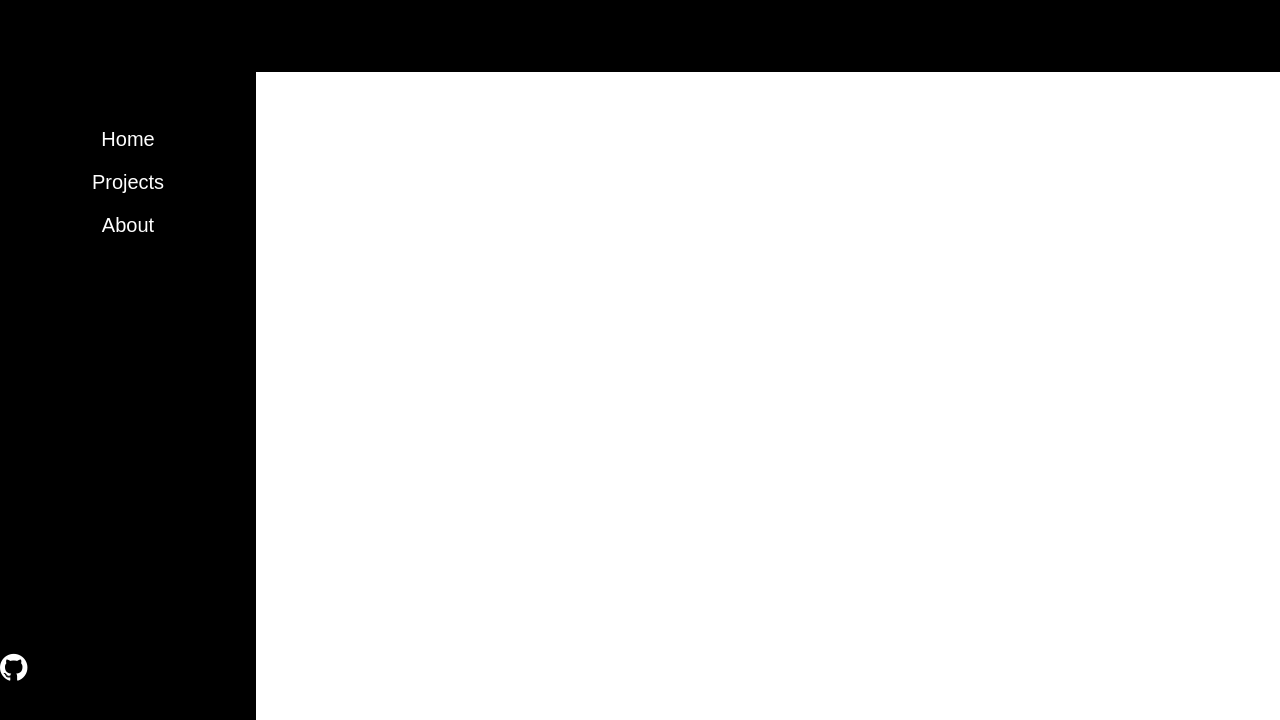
Repository: josephinel6/josephinel6.github.io
Page: index.html
The author's editor kept a copy of each file at every save. The page is drawn from the files as they stood at one save, then again after the next save.
The browser window is 1280 px wide. The pictures show the whole page.

Above is the page before, as saved 2023-04-04 10:59:56.

### index.html
<!DOCTYPE html>
<html>

<head>
    <style>
        :root.light {
            --color-bg: white;
            --color-menu-text: black;
        }

        :root.dark {
            --color-bg: black;
            --color-menu-text: white;
        }

        /* :root {
            --color-bg: black;
        } */

        html,
        body {
            height: 100%;
            width: 100%;
            margin: 0;
            position: relative;
            /* border-color: blue;
            border-radius: 10px;
            border-style: solid; */
            padding: 0;
        }

        #menu {
            height: 100%;
            width: 20%;
            position: absolute;
            z-index: 1;
            top: 0;
            bottom: 0;
            background-color: var(--color-bg);
        }

        #topbar {
            width: 100%;
            height: 10%;
            background-color: var(--color-bg);
            position: absolute;
        }

        .menutext {
            color: var(--color-menu-text);
            font-family: sans-serif;
            font-size: 20px;
        }

        .fa-github {
            color: var(--color-menu-text);
        }
    </style>
    <link rel="stylesheet" href="https://cdnjs.cloudflare.com/ajax/libs/font-awesome/4.7.0/css/font-awesome.min.css">
    <script type="module" src="https://cdn.jsdelivr.net/gh/zerodevx/zero-md@2/dist/zero-md.min.js"></script>
</head>

<body>
    <div id="menu">
        <div>
            <CENTER>
                <p class="menutext" style="margin-top: 50%"> Home </p>
                <p class="menutext"> Projects </p>
                <p class="menutext"> About </p>
            </CENTER>
        </div>

        <div style="position:absolute; bottom:5%; width: 100%">
            <a href="https://github.com/josephinel6" class="fa fa-github fa-2x" style="text-decoration: none;"></a>
        </div>
    </div>
    <div id="topbar">

    </div>
    <script>
        window.onload = function () {
            document.documentElement.classList.remove("light")
            document.documentElement.classList.add("dark")
            window.localStorage.setItem('mode', 'dark');
            console.log("dark")
        }

        function openpage(pageName, elmnt) {
            var i, tabcontent, tablinks;
            tabcontent = document.getElementsByClassName("tabcontent");
            for (i = 0; i < tabcontent.length; i++) {
                tabcontent[i].style.display = "none";
            }
            tablinks = document.getElementsByClassName("tablink");
            for (i = 0; i < tablinks.length; i++) {
                tablinks[i].style.backgroundColor = "";
            }
            document.getElementById(pageName).style.display = "block";

            document.body.scrollTop = 0;
            document.documentElement.scrollTop = 0;
            console.log("ducks")
        }
    </script>

</body>

</html>

After the next save:
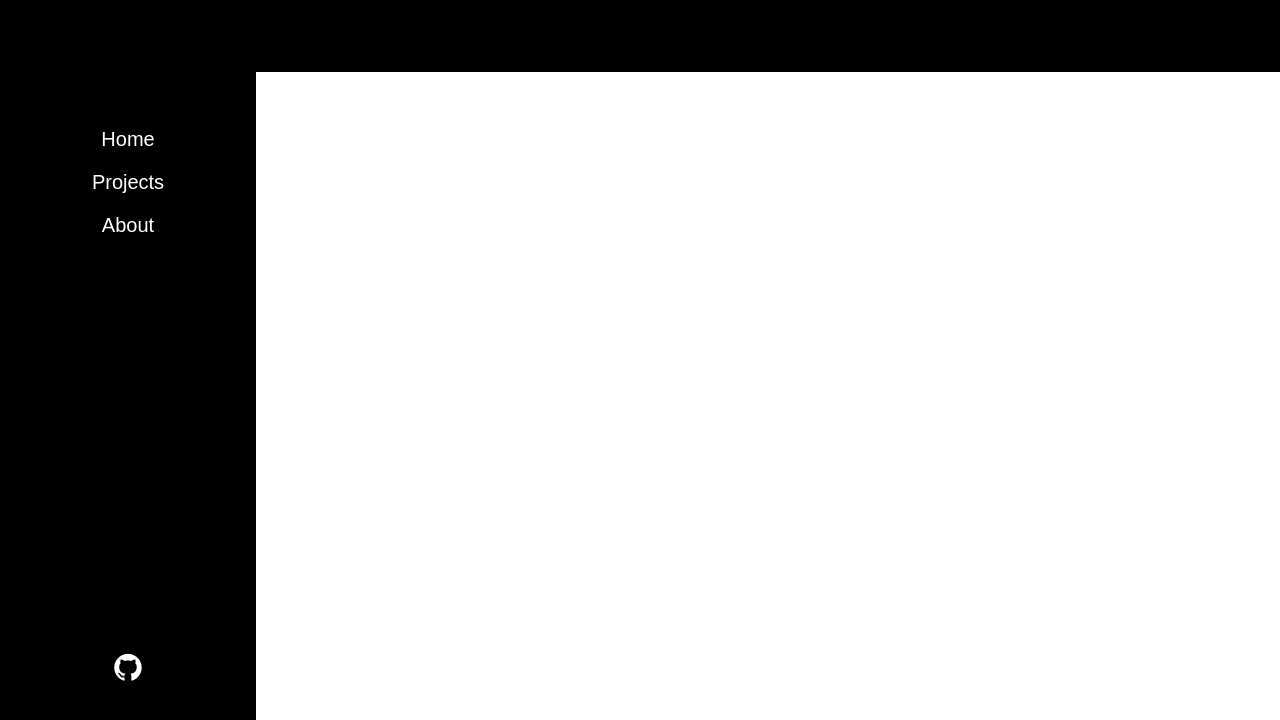
Saved 10 s later.
--- a/index.html
+++ b/index.html
@@ -70,7 +70,7 @@
             </CENTER>
         </div>
 
-        <div style="position:absolute; bottom:5%; width: 100%">
+        <div style="position:absolute; bottom:5%; width: 100%; text-align: center;">
             <a href="https://github.com/josephinel6" class="fa fa-github fa-2x" style="text-decoration: none;"></a>
         </div>
     </div>
